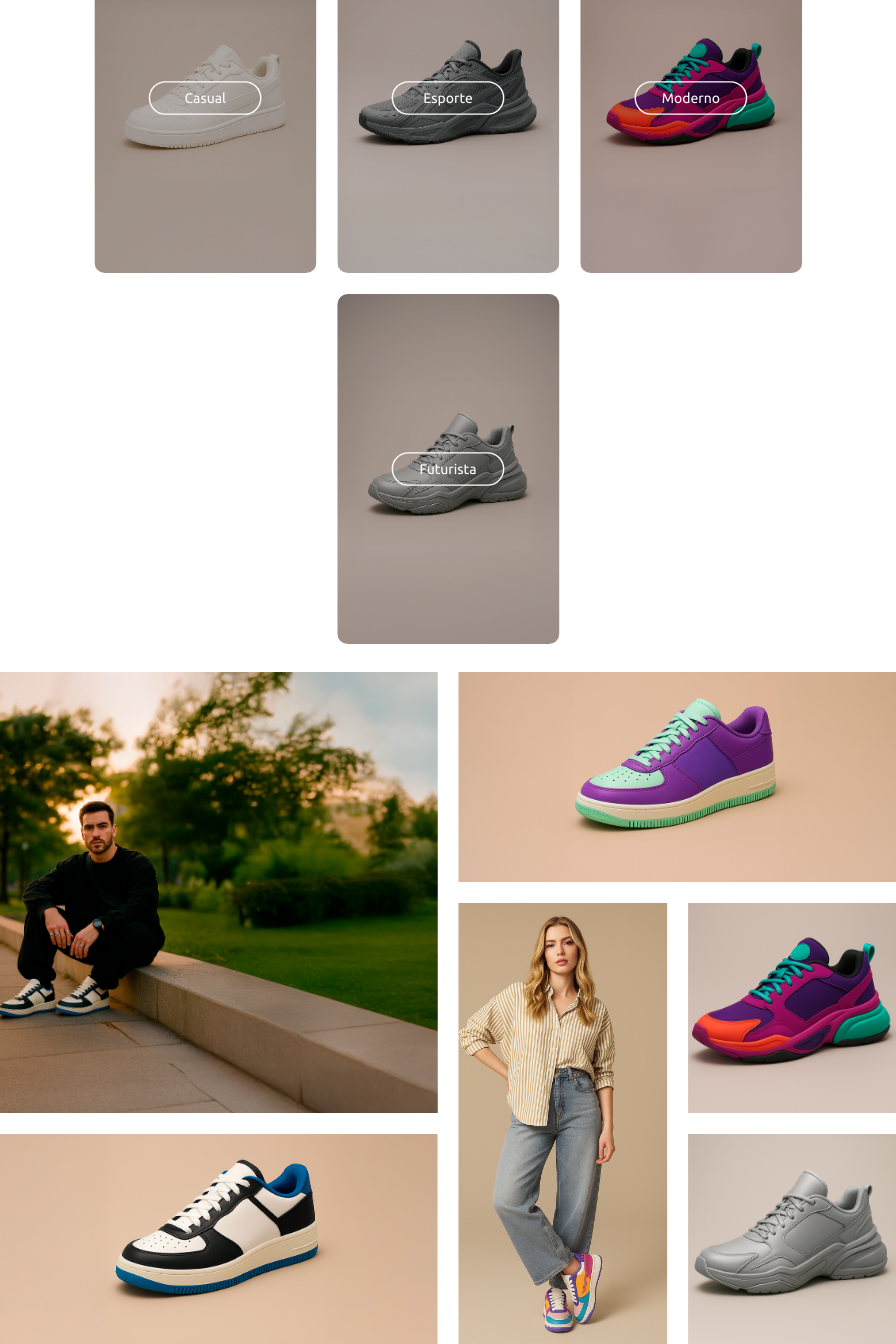
Repository: caique2512/ecommerce-syntaxwear
Page: index.html
An editor plug-in stored every save of this project. The page is shown before and after a run of saves, followed by the edit.
The browser window is 1280 px wide. The pictures show the part of the page from y = 690 to 2610 px (the page is 2610 px tall), at 70% of full size.

Above is the page before, as saved 2026-02-20 19:11:06.

After the next 2 saves:
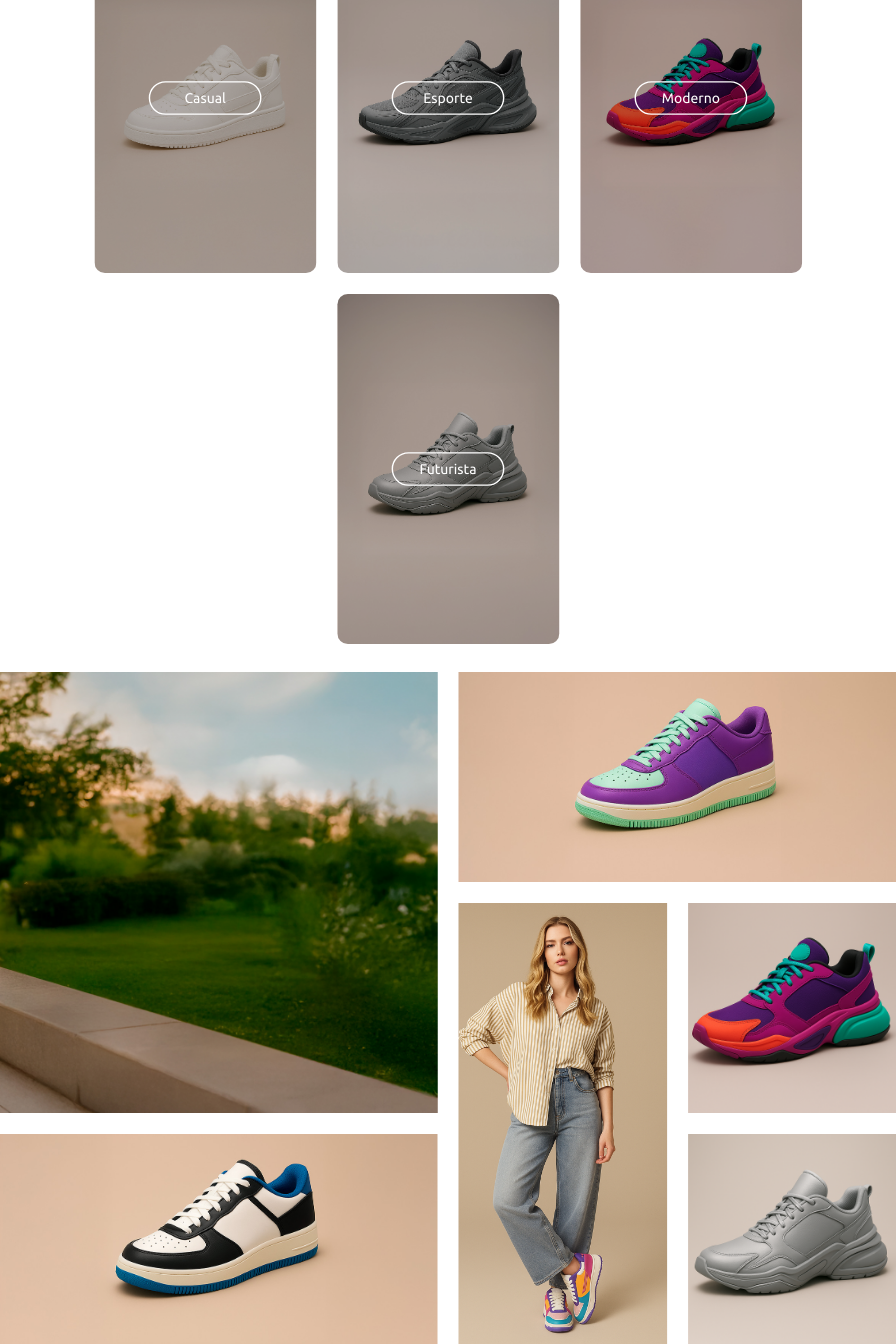
The 2 saves are shown as one change because they came seconds apart.
The last was saved 12 s later.
--- a/css/components/product-grid.css
+++ b/css/components/product-grid.css
@@ -1,7 +1,7 @@
 .top1 {
     grid-area: top1;
     background: url(../../images/products/modelo-homem.jpg);
-    background-position: center;
+    background-position: right;
     background-size: cover;
     background-repeat: no-repeat;
 }
